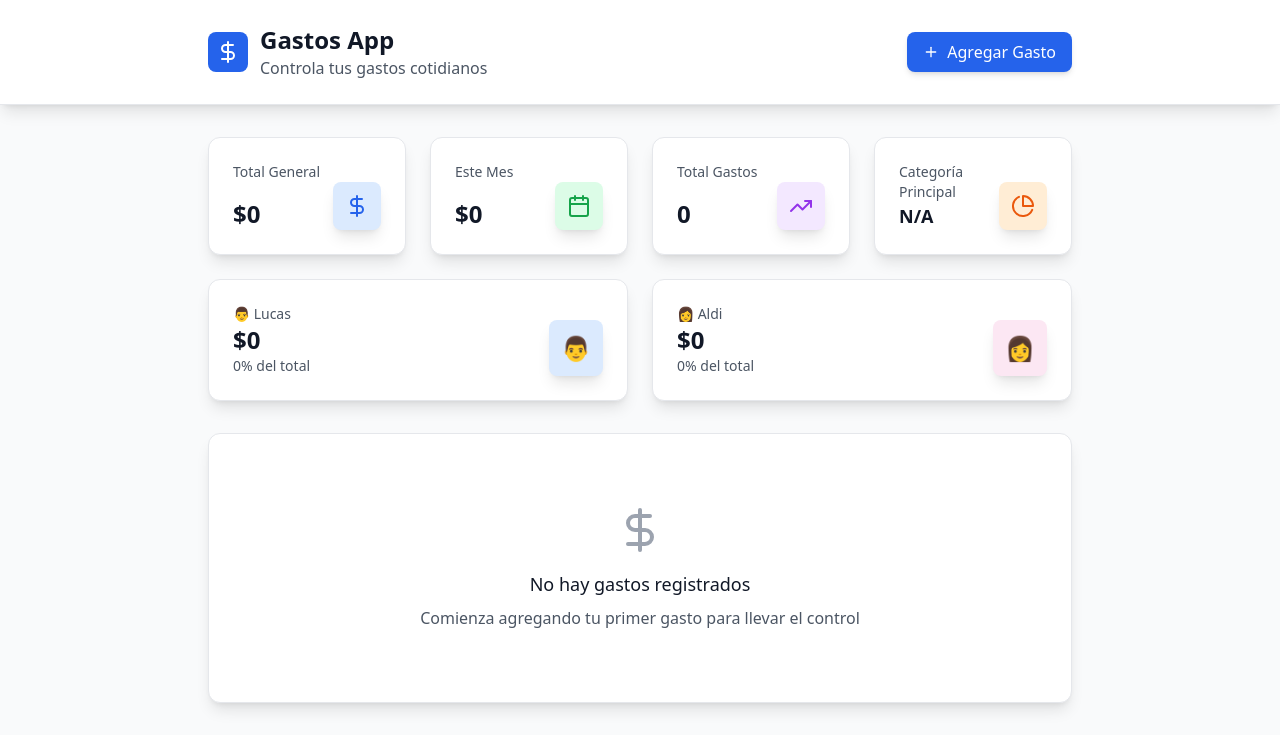
Repository: lucastenaglia/Gastosapp
Page: /
An editor plug-in stored every save of this project. The page is shown before and after the next save, followed by the edit.
The browser window is 1280 px wide. The pictures show the whole page.
The page's requests for data from a server got no answer. The project was rebuilt for these pictures with package versions that can differ from the ones it lists, and the page was loaded fresh each time. No one was signed in, and anything a server would have sent is missing. Also part of the build but not shown: vite.config.js, src/components/ExpenseForm.jsx.

Above is the page before, as saved 2025-08-03 21:36:30.

### index.html
<!DOCTYPE html>
<html lang="es">
  <head>
    <meta charset="UTF-8" />
    <link rel="icon" type="image/svg+xml" href="data:[embedded picture, 125 characters]" />
    <meta name="viewport" content="width=device-width, initial-scale=1.0" />
    <title>Gastos App - Control de Gastos Cotidianos</title>
  </head>
  <body>
    <div id="root"></div>
    <script type="module" src="/src/main.jsx"></script>
  </body>
</html>

### src/App.jsx
import { useState, useEffect } from 'react'
import Header from './components/Header'
import ExpenseForm from './components/ExpenseForm'
import ExpenseList from './components/ExpenseList'
import ExpenseSummary from './components/ExpenseSummary'
import { getExpenses, addExpense, updateExpense, deleteExpense } from './services/expenseService'

function App() {
  const [expenses, setExpenses] = useState([])
  const [isFormOpen, setIsFormOpen] = useState(false)
  const [loading, setLoading] = useState(true)
  const [error, setError] = useState(null)

  // Cargar gastos al iniciar la aplicación
  useEffect(() => {
    loadExpenses()
  }, [])

  // Cerrar modal con Escape
  useEffect(() => {
    const handleEscape = (e) => {
      if (e.key === 'Escape' && isFormOpen) {
        setIsFormOpen(false)
      }
    }

    document.addEventListener('keydown', handleEscape)
    return () => document.removeEventListener('keydown', handleEscape)
  }, [isFormOpen])

  const loadExpenses = async () => {
    try {
      setLoading(true)
      const data = await getExpenses()
      setExpenses(data)
      setError(null)
    } catch (err) {
      setError('Error al cargar los gastos')
      console.error(err)
    } finally {
      setLoading(false)
    }
  }

  const handleAddExpense = async (expense) => {
    try {
      const newExpense = await addExpense(expense)
      setExpenses([newExpense, ...expenses])
      setIsFormOpen(false)
    } catch (err) {
      setError('Error al agregar el gasto')
      console.error(err)
    }
  }

  const handleDeleteExpense = async (id) => {
    try {
      await deleteExpense(id)
      setExpenses(expenses.filter(expense => expense.id !== id))
    } catch (err) {
      setError('Error al eliminar el gasto')
      console.error(err)
    }
  }

  const handleEditExpense = async (id, updatedExpense) => {
    try {
      const updated = await updateExpense(id, updatedExpense)
      setExpenses(expenses.map(expense =>
        expense.id === id ? updated : expense
      ))
    } catch (err) {
      setError('Error al actualizar el gasto')
      console.error(err)
    }
  }

  return (
    <div className="min-h-screen bg-gray-50">
      <Header onAddExpense={() => setIsFormOpen(true)} />

      <main className="container mx-auto px-4 py-8 max-w-4xl">
        {error && (
          <div className="bg-red-100 border border-red-400 text-red-700 px-4 py-3 rounded mb-6">
            {error}
          </div>
        )}

        <ExpenseSummary expenses={expenses} />

        <div className="mt-8">
          <ExpenseList
            expenses={expenses}
            onDelete={handleDeleteExpense}
            onEdit={handleEditExpense}
            loading={loading}
          />
        </div>
      </main>

      {/* Modal Overlay */}
      {isFormOpen && (
        <div
          className="fixed inset-0 bg-black bg-opacity-50 flex items-center justify-center z-50 p-4 animate-in fade-in duration-200"
          onClick={() => setIsFormOpen(false)}
        >
          <div
            className="bg-white rounded-xl shadow-2xl max-w-md w-full mx-4 max-h-[90vh] overflow-y-auto animate-in zoom-in-95 duration-200"
            onClick={(e) => e.stopPropagation()}
          >
            <ExpenseForm
              onSubmit={handleAddExpense}
              onCancel={() => setIsFormOpen(false)}
            />
          </div>
        </div>
      )}
    </div>
  )
}

export default App

### src/index.css
@tailwind base;
@tailwind components;
@tailwind utilities;

@layer base {
  body {
    @apply bg-gray-50 text-gray-900;
  }
}

@layer components {
                .btn-primary {
                @apply bg-primary-600 hover:bg-primary-700 text-white font-medium py-2 px-4 rounded-lg transition-all duration-300 shadow-md hover:shadow-lg hover:-translate-y-0.5 transform;
              }

              .btn-secondary {
                @apply bg-gray-200 hover:bg-gray-300 text-gray-800 font-medium py-2 px-4 rounded-lg transition-all duration-300 shadow-md hover:shadow-lg hover:-translate-y-0.5 transform;
              }

                .input-field {
                @apply w-full px-3 py-2 border border-gray-300 rounded-lg focus:outline-none focus:ring-2 focus:ring-primary-500 focus:border-transparent shadow-sm focus:shadow-md transition-all duration-300;
              }

                            .card {
                @apply bg-white rounded-xl shadow-lg border border-gray-200 p-6 transform transition-all duration-300 hover:shadow-2xl hover:-translate-y-1;
              }

              .modal-enter {
                @apply opacity-0 scale-95;
              }

              .modal-enter-active {
                @apply opacity-100 scale-100 transition-all duration-200 ease-out;
              }

              .modal-exit {
                @apply opacity-100 scale-100;
              }

              .modal-exit-active {
                @apply opacity-0 scale-95 transition-all duration-200 ease-in;
              }
}

### src/components/Header.jsx
import { Plus, DollarSign } from 'lucide-react'

const Header = ({ onAddExpense }) => {
  return (
                    <header className="bg-white shadow-lg border-b border-gray-200">
      <div className="container mx-auto px-4 py-6 max-w-4xl">
        <div className="flex items-center justify-between">
          <div className="flex items-center space-x-3">
            <div className="bg-primary-600 p-2 rounded-lg">
              <DollarSign className="h-6 w-6 text-white" />
            </div>
            <div>
              <h1 className="text-2xl font-bold text-gray-900">Gastos App</h1>
              <p className="text-gray-600">Controla tus gastos cotidianos</p>
            </div>
          </div>

          <button
            onClick={onAddExpense}
            className="btn-primary flex items-center space-x-2"
          >
            <Plus className="h-4 w-4" />
            <span>Agregar Gasto</span>
          </button>
        </div>
      </div>
    </header>
  )
}

export default Header

### src/components/ExpenseList.jsx
import { useState } from 'react'
import { Trash2, Edit, Calendar, DollarSign } from 'lucide-react'

const ExpenseList = ({ expenses, onDelete, onEdit, loading }) => {
  const [editingId, setEditingId] = useState(null)
  const [editForm, setEditForm] = useState({})

  const categoryIcons = {
    comida: '🍽️',
    super: '🛒',
    auto: '🚗',
    entretenimiento: '🎮',
    salud: '💊',
    ropa: '👕',
    hogar: '🏠',
    otros: '📦'
  }

  const categoryColors = {
    comida: 'bg-orange-100 text-orange-800',
    super: 'bg-red-100 text-red-800',
    auto: 'bg-blue-100 text-blue-800',
    entretenimiento: 'bg-purple-100 text-purple-800',
    salud: 'bg-green-100 text-green-800',
    ropa: 'bg-pink-100 text-pink-800',
    hogar: 'bg-yellow-100 text-yellow-800',
    otros: 'bg-gray-100 text-gray-800'
  }

  const handleEdit = (expense) => {
    setEditingId(expense.id)
    setEditForm({
      description: expense.description,
      amount: expense.amount.toString(),
      category: expense.category,
      person: expense.person || 'lucas',
      date: expense.date
    })
  }

  const handleSaveEdit = (id) => {
    onEdit(id, {
      ...editForm,
      amount: parseFloat(editForm.amount)
    })
    setEditingId(null)
    setEditForm({})
  }

  const handleCancelEdit = () => {
    setEditingId(null)
    setEditForm({})
  }

  const formatDate = (dateString) => {
    const date = new Date(dateString)
    return date.toLocaleDateString('es-ES', {
      year: 'numeric',
      month: 'short',
      day: 'numeric'
    })
  }

  if (loading) {
    return (
      <div className="card">
        <div className="text-center py-12">
          <div className="animate-spin rounded-full h-12 w-12 border-b-2 border-primary-600 mx-auto mb-4"></div>
          <h3 className="text-lg font-medium text-gray-900 mb-2">
            Cargando gastos...
          </h3>
          <p className="text-gray-600">
            Conectando con la base de datos
          </p>
        </div>
      </div>
    )
  }

  if (expenses.length === 0) {
    return (
      <div className="card">
        <div className="text-center py-12">
          <DollarSign className="h-12 w-12 text-gray-400 mx-auto mb-4" />
          <h3 className="text-lg font-medium text-gray-900 mb-2">
            No hay gastos registrados
          </h3>
          <p className="text-gray-600">
            Comienza agregando tu primer gasto para llevar el control
          </p>
        </div>
      </div>
    )
  }

  return (
    <div className="card">
      <h2 className="text-xl font-semibold text-gray-900 mb-6">
        Historial de Gastos
      </h2>

      <div className="space-y-3">
        {expenses.map(expense => (
          <div key={expense.id} className="border border-gray-200 rounded-lg p-3 sm:p-4 bg-white shadow-md hover:shadow-xl hover:-translate-y-1 transform transition-all duration-300">
            {editingId === expense.id ? (
              <div className="space-y-3">
                <input
                  type="text"
                  value={editForm.description}
                  onChange={(e) => setEditForm({...editForm, description: e.target.value})}
                  className="input-field"
                />
                <div className="grid grid-cols-1 sm:grid-cols-2 gap-3">
                  <input
                    type="number"
                    value={editForm.amount}
                    onChange={(e) => setEditForm({...editForm, amount: e.target.value})}
                    className="input-field"
                    step="1"
                    min="0"
                  />
                  <select
                    value={editForm.category}
                    onChange={(e) => setEditForm({...editForm, category: e.target.value})}
                    className="input-field"
                  >
                    <option value="comida">🍽️ Comida</option>
                    <option value="super">🛒 Super</option>
                    <option value="auto">🚗 Auto</option>
                    <option value="entretenimiento">🎮 Entretenimiento</option>
                    <option value="salud">💊 Salud</option>
                    <option value="ropa">👕 Ropa</option>
                    <option value="hogar">🏠 Hogar</option>
                    <option value="otros">📦 Otros</option>
                  </select>
                </div>
                <div className="grid grid-cols-1 sm:grid-cols-2 gap-3">
                  <select
                    value={editForm.person}
                    onChange={(e) => setEditForm({...editForm, person: e.target.value})}
                    className="input-field"
                  >
                    <option value="lucas">👨 Lucas</option>
                    <option value="aldi">👩 Aldi</option>
                  </select>
                  <input
                    type="date"
                    value={editForm.date}
                    onChange={(e) => setEditForm({...editForm, date: e.target.value})}
                    className="input-field"
                  />
                </div>
                <div className="flex space-x-2">
                  <button
                    onClick={() => handleSaveEdit(expense.id)}
                    className="btn-primary text-sm flex-1"
                  >
                    Guardar
                  </button>
                  <button
                    onClick={handleCancelEdit}
                    className="btn-secondary text-sm flex-1"
                  >
                    Cancelar
                  </button>
                </div>
              </div>
            ) : (
              <div className="space-y-3">
                {/* Header con icono, descripción y monto */}
                <div className="flex items-start justify-between">
                  <div className="flex items-center space-x-3 flex-1 min-w-0">
                    <div className={`p-2 rounded-lg flex-shrink-0 ${categoryColors[expense.category]}`}>
                      <span className="text-lg">{categoryIcons[expense.category]}</span>
                    </div>

                    <div className="flex-1 min-w-0">
                      <h3 className="font-medium text-gray-900 truncate">
                        {expense.description}
                      </h3>
                      <div className="flex items-center space-x-2 text-sm text-gray-600 mt-1">
                        <span className="flex items-center space-x-1">
                          <Calendar className="h-3 w-3" />
                          <span className="hidden sm:inline">{formatDate(expense.date)}</span>
                          <span className="sm:hidden">{new Date(expense.date).toLocaleDateString('es-ES', { day: '2-digit', month: '2-digit' })}</span>
                        </span>
                        <span className="hidden sm:inline">•</span>
                        <span className="capitalize text-xs sm:text-sm">{expense.category}</span>
                      </div>
                    </div>
                  </div>

                  <div className="flex items-center space-x-2 flex-shrink-0">
                    <span className="text-lg font-semibold text-gray-900">
                      ${expense.amount}
                    </span>

                    <div className="flex space-x-1">
                      <button
                        onClick={() => handleEdit(expense)}
                        className="p-1 text-gray-400 hover:text-blue-600 transition-colors"
                        title="Editar"
                      >
                        <Edit className="h-4 w-4" />
                      </button>
                      <button
                        onClick={() => onDelete(expense.id)}
                        className="p-1 text-gray-400 hover:text-red-600 transition-colors"
                        title="Eliminar"
                      >
                        <Trash2 className="h-4 w-4" />
                      </button>
                    </div>
                  </div>
                </div>

                {/* Información adicional en móvil */}
                <div className="sm:hidden flex items-center justify-between text-sm text-gray-600 border-t pt-2">
                  <span className="flex items-center space-x-1">
                    <span>{expense.person === 'lucas' ? '👨' : '👩'}</span>
                    <span className="capitalize">{expense.person || 'lucas'}</span>
                  </span>
                  <span className="text-xs">
                    {new Date(expense.date).toLocaleDateString('es-ES', { year: 'numeric' })}
                  </span>
                </div>
              </div>
            )}
          </div>
        ))}
      </div>
    </div>
  )
}

export default ExpenseList

### src/components/ExpenseSummary.jsx
import { TrendingUp, Calendar, DollarSign, PieChart } from 'lucide-react'

const ExpenseSummary = ({ expenses }) => {
  const totalExpenses = expenses.reduce((sum, expense) => sum + expense.amount, 0)

  const today = new Date()
  const thisMonth = today.getMonth()
  const thisYear = today.getFullYear()

  const monthlyExpenses = expenses.filter(expense => {
    const expenseDate = new Date(expense.date)
    return expenseDate.getMonth() === thisMonth && expenseDate.getFullYear() === thisYear
  })

  const monthlyTotal = monthlyExpenses.reduce((sum, expense) => sum + expense.amount, 0)

  const categoryTotals = expenses.reduce((acc, expense) => {
    acc[expense.category] = (acc[expense.category] || 0) + expense.amount
    return acc
  }, {})

  const topCategory = Object.entries(categoryTotals).sort(([,a], [,b]) => b - a)[0]

  // Estadísticas por persona
  const personTotals = expenses.reduce((acc, expense) => {
    const person = expense.person || 'lucas'
    acc[person] = (acc[person] || 0) + expense.amount
    return acc
  }, {})

  const lucasTotal = personTotals.lucas || 0
  const aldiTotal = personTotals.aldi || 0

  const formatCurrency = (amount) => {
    return `$${Math.round(amount).toLocaleString('en-US')}`
  }

  return (
    <div className="space-y-4 sm:space-y-6">
      {/* Primera fila - Estadísticas generales */}
      <div className="grid grid-cols-2 lg:grid-cols-4 gap-3 sm:gap-6">
                 {/* Total General */}
         <div className="card relative p-4 sm:p-6">
           <div>
             <p className="text-xs sm:text-sm font-medium text-gray-600">Total General</p>
             <div className="flex items-end justify-between">
               <p className="text-lg sm:text-2xl font-bold text-gray-900">
                 {formatCurrency(totalExpenses)}
               </p>
               <div className="bg-blue-100 p-2 sm:p-3 rounded-lg shadow-lg">
                 <DollarSign className="h-4 w-4 sm:h-6 sm:w-6 text-blue-600" />
               </div>
             </div>
           </div>
         </div>

                 {/* Gastos del Mes */}
         <div className="card relative p-4 sm:p-6">
           <div>
             <p className="text-xs sm:text-sm font-medium text-gray-600">Este Mes</p>
             <div className="flex items-end justify-between">
               <p className="text-lg sm:text-2xl font-bold text-gray-900">
                 {formatCurrency(monthlyTotal)}
               </p>
               <div className="bg-green-100 p-2 sm:p-3 rounded-lg shadow-lg">
                 <Calendar className="h-4 w-4 sm:h-6 sm:w-6 text-green-600" />
               </div>
             </div>
           </div>
         </div>

                 {/* Total de Gastos */}
         <div className="card relative p-4 sm:p-6">
           <div>
             <p className="text-xs sm:text-sm font-medium text-gray-600">Total Gastos</p>
             <div className="flex items-end justify-between">
               <p className="text-lg sm:text-2xl font-bold text-gray-900">
                 {expenses.length}
               </p>
               <div className="bg-purple-100 p-2 sm:p-3 rounded-lg shadow-lg">
                 <TrendingUp className="h-4 w-4 sm:h-6 sm:w-6 text-purple-600" />
               </div>
             </div>
           </div>
         </div>

                 {/* Categoría Principal */}
         <div className="card relative p-4 sm:p-6">
           <div className="flex items-end justify-between">
             <div>
               <p className="text-xs sm:text-sm font-medium text-gray-600">Categoría Principal</p>
               <p className="text-base sm:text-lg font-semibold text-gray-900 capitalize">
                 {topCategory ? topCategory[0] : 'N/A'}
               </p>
               {topCategory && (
                 <p className="text-xs sm:text-sm text-gray-600">
                   {formatCurrency(topCategory[1])}
                 </p>
               )}
             </div>
             <div className="bg-orange-100 p-2 sm:p-3 rounded-lg shadow-lg">
               <PieChart className="h-4 w-4 sm:h-6 sm:w-6 text-orange-600" />
             </div>
           </div>
         </div>
      </div>

      {/* Segunda fila - Estadísticas por persona */}
      <div className="grid grid-cols-1 sm:grid-cols-2 gap-3 sm:gap-6">
                 {/* Gastos de Lucas */}
         <div className="card relative p-4 sm:p-6">
           <div className="flex items-end justify-between">
             <div>
               <p className="text-xs sm:text-sm font-medium text-gray-600">👨 Lucas</p>
               <p className="text-lg sm:text-2xl font-bold text-gray-900">
                 {formatCurrency(lucasTotal)}
               </p>
               <p className="text-xs sm:text-sm text-gray-600">
                 {totalExpenses > 0 ? `${((lucasTotal / totalExpenses) * 100).toFixed(1)}%` : '0%'} del total
               </p>
             </div>
             <div className="bg-blue-100 p-2 sm:p-3 rounded-lg shadow-lg">
               <span className="text-lg sm:text-2xl">👨</span>
             </div>
           </div>
         </div>

                 {/* Gastos de Aldi */}
         <div className="card relative p-4 sm:p-6">
           <div className="flex items-end justify-between">
             <div>
               <p className="text-xs sm:text-sm font-medium text-gray-600">👩 Aldi</p>
               <p className="text-lg sm:text-2xl font-bold text-gray-900">
                 {formatCurrency(aldiTotal)}
               </p>
               <p className="text-xs sm:text-sm text-gray-600">
                 {totalExpenses > 0 ? `${((aldiTotal / totalExpenses) * 100).toFixed(1)}%` : '0%'} del total
               </p>
             </div>
             <div className="bg-pink-100 p-2 sm:p-3 rounded-lg shadow-lg">
               <span className="text-lg sm:text-2xl">👩</span>
             </div>
           </div>
         </div>
      </div>
    </div>
  )
}

export default ExpenseSummary

### src/lib/supabase.js
import { createClient } from '@supabase/supabase-js'

// Configuración de Supabase
const supabaseUrl = 'https://tiarifmkqcayodakifqu.supabase.co'
const supabaseAnonKey = 'eyJhbGciOiJIUzI1NiIsInR5cCI6IkpXVCJ9.eyJpc3MiOiJzdXBhYmFzZSIsInJlZiI6InRpYXJpZm1rcWNheW9kYWtpZnF1Iiwicm9sZSI6ImFub24iLCJpYXQiOjE3NTQyMzYxMzcsImV4cCI6MjA2OTgxMjEzN30.qJr6Xvo0UF5_XPq4UWidASjwgjcWPFJ8CqR6mAHSsTU'

export const supabase = createClient(supabaseUrl, supabaseAnonKey)

### tailwind.config.js
/** @type {import('tailwindcss').Config} */
export default {
  content: [
    "./index.html",
    "./src/**/*.{js,ts,jsx,tsx}",
  ],
  theme: {
    extend: {
      colors: {
        primary: {
          50: '#eff6ff',
          500: '#3b82f6',
          600: '#2563eb',
          700: '#1d4ed8',
        }
      }
    },
  },
  plugins: [],
}

Loaded but not shown: src/main.jsx (common file); src/services/expenseService.js (78 lines, source omitted)

After the next save:
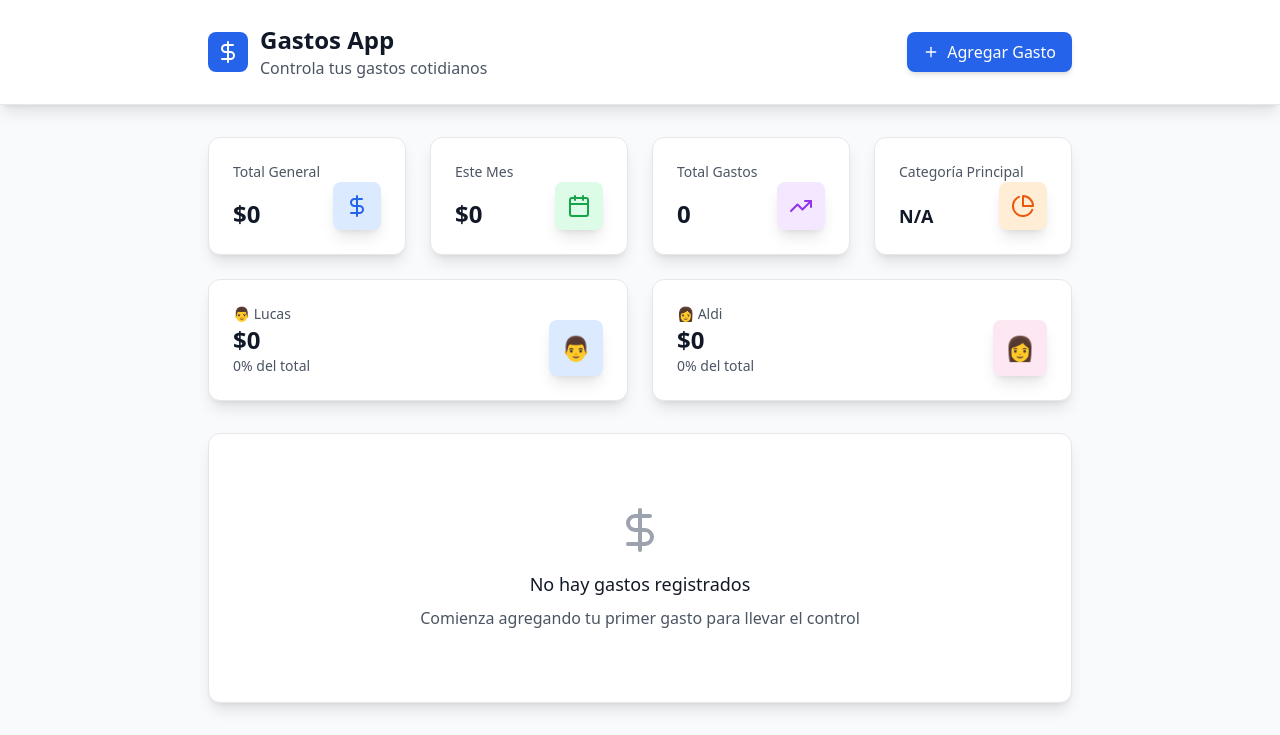
Saved 10 s later.
--- a/src/components/ExpenseSummary.jsx
+++ b/src/components/ExpenseSummary.jsx
@@ -86,20 +86,22 @@ const ExpenseSummary = ({ expenses }) => {
 
                  {/* Categoría Principal */}
          <div className="card relative p-4 sm:p-6">
-           <div className="flex items-end justify-between">
-             <div>
-               <p className="text-xs sm:text-sm font-medium text-gray-600">Categoría Principal</p>
-               <p className="text-base sm:text-lg font-semibold text-gray-900 capitalize">
-                 {topCategory ? topCategory[0] : 'N/A'}
-               </p>
-               {topCategory && (
-                 <p className="text-xs sm:text-sm text-gray-600">
-                   {formatCurrency(topCategory[1])}
+           <div>
+             <p className="text-xs sm:text-sm font-medium text-gray-600">Categoría Principal</p>
+             <div className="flex items-end justify-between">
+               <div>
+                 <p className="text-base sm:text-lg font-semibold text-gray-900 capitalize">
+                   {topCategory ? topCategory[0] : 'N/A'}
                  </p>
-               )}
-             </div>
-             <div className="bg-orange-100 p-2 sm:p-3 rounded-lg shadow-lg">
-               <PieChart className="h-4 w-4 sm:h-6 sm:w-6 text-orange-600" />
+                 {topCategory && (
+                   <p className="text-xs sm:text-sm text-gray-600">
+                     {formatCurrency(topCategory[1])}
+                   </p>
+                 )}
+               </div>
+               <div className="bg-orange-100 p-2 sm:p-3 rounded-lg shadow-lg">
+                 <PieChart className="h-4 w-4 sm:h-6 sm:w-6 text-orange-600" />
+               </div>
              </div>
            </div>
          </div>
